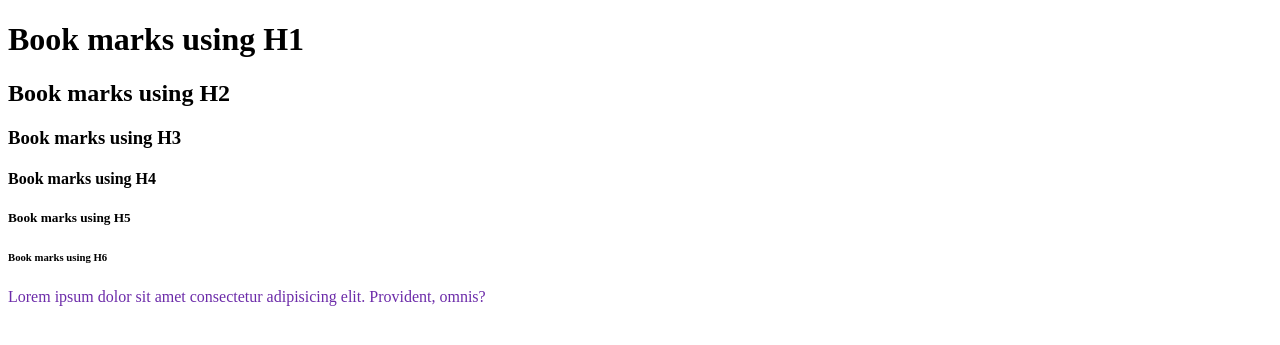
Repository: Mohan2347/Project-2
Page: 2.html
The author's editor kept a copy of each file at every save. The page is drawn from the files as they stood at one save, then again after a run of saves.
The browser window is 1280 px wide. The pictures show the whole page.

Above is the page before, as saved 2024-11-02 20:38:20.

After the next 2 saves:
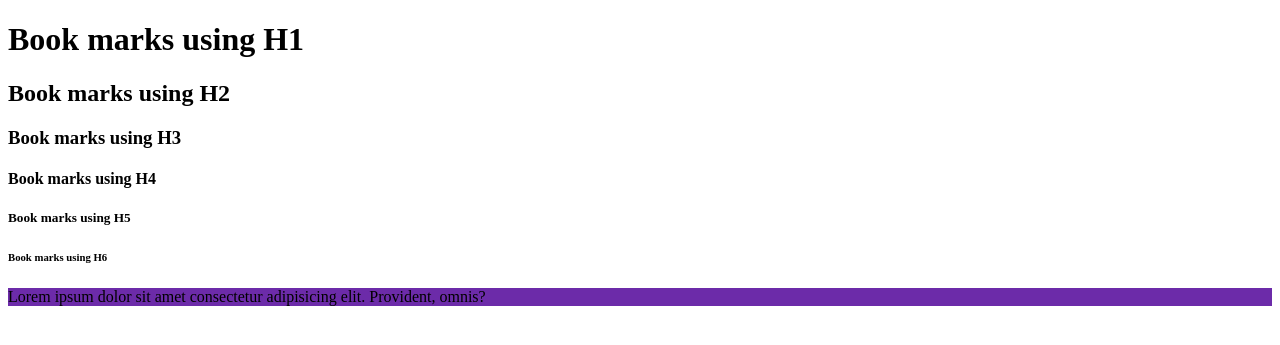
The 2 saves are shown as one change because they came seconds apart.
The last was saved 7 s later.
--- a/2.html
+++ b/2.html
@@ -13,6 +13,6 @@
     <h5>Book marks using H5</h5>
     <h6>Book marks using H6</h6>
 
-    <p style="color: rgb(108, 43, 169);">Lorem ipsum dolor sit amet consectetur adipisicing elit. Provident, omnis?</p>
+    <p style="background-color: rgb(108, 43, 169);">Lorem ipsum dolor sit amet consectetur adipisicing elit. Provident, omnis?</p>
 </body>
 </html>
